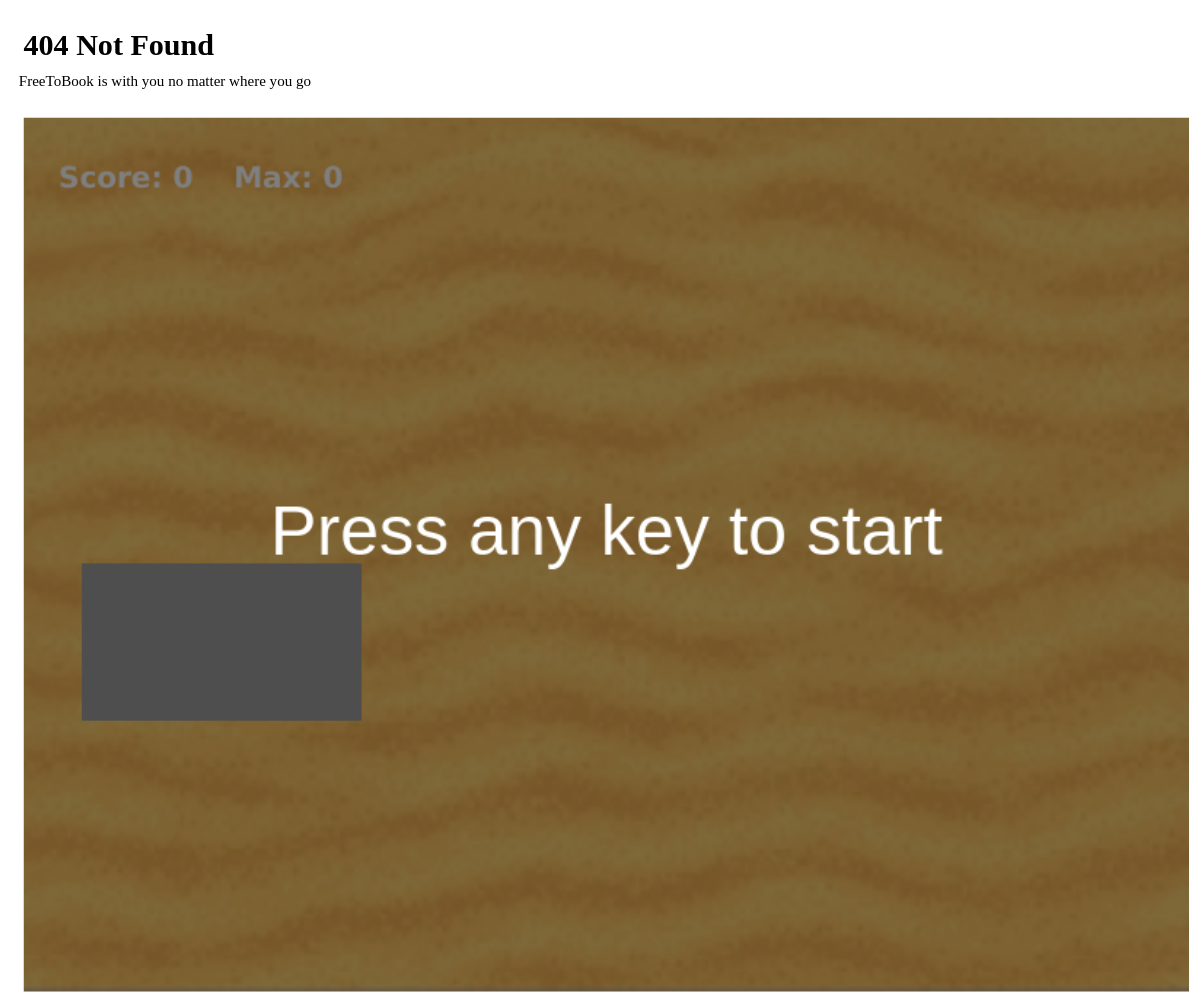
Repository: btgoo/game
Page: car.html
An editor plug-in stored every save of this project. The page is shown before and after the next save, followed by the edit.
The browser window is 1280 px wide. The pictures show the whole page, at 94% of full size.

Above is the page before, as saved 2025-10-26 03:05:48.

### car.html
<!DOCTYPE html>
<script src="carscript.js" defer type="module"></script>
<link rel="stylesheet" href="car_style.css">
<html lang="en">
<head>
    <meta charset="UTF-8">
    <meta http-equiv="X-UA-Compatible" content="IE=edge" />
    <meta name="viewport" content="width=device-width, initial-scale=1.0">
    <title>CarGo</title>
</head>
<body>
    <h1>404 Not Found</h1>
    FreeToBook is with you no matter where you go
    <p id="demo"></p>
    <canvas id="game">
    </canvas>
</body>
 </html>

### carscript.js
const canvas = document.getElementById("game");
const ctx = canvas.getContext("2d");

const GAME_WIDTH = 800;
const GAME_HEIGHT = 600;
const PLAYER_WIDTH = 160;
const PLAYER_HEIGHT = 90;
const CACTI_WIDTH = 78;
const CACTI_Height = 90;

const NUM_LANES = 5;

const obstacleData = [
    {src: "./assets/car_images/cactus_1.png", width:CACTI_WIDTH, height:CACTI_WIDTH},
    {src: "./assets/car_images/cactus_2.png", width:CACTI_WIDTH, height:CACTI_Height},
    {src: "./assets/car_images/cactus_3.png", width:CACTI_WIDTH, height:CACTI_Height},
    {src: "./assets/car_images/cactus_1.png", width:CACTI_WIDTH, height:CACTI_WIDTH},
    {src: "./assets/car_images/cactus_2.png", width:CACTI_WIDTH, height:CACTI_Height},
    {src: "./assets/car_images/cactus_3.png", width:CACTI_WIDTH, height:CACTI_Height},
    {src: "./assets/car_images/tumbleweed.png", width:CACTI_WIDTH, height:CACTI_WIDTH},
    {src: "./assets/car_images/red_car.png", width:PLAYER_WIDTH, height:PLAYER_HEIGHT},
    {src: "./assets/car_images/green_car.png", width:PLAYER_WIDTH, height:PLAYER_HEIGHT},
];

let obstacleImgs = [];
obstacleData.forEach(data => {
    const img = new Image();
    img.src = data.src;
    img.width = data.width;
    img.height = data.height;
    obstacleImgs.push(img);
});

const explosionImg = new Image();
explosionImg.src = "./assets/car_images/explosion_sprite.png";

let explosions = [];

let scaleRatio = null;
let backgroundX = 0;
let gameSpeed = 3;
let speedIncreaseRate = 0.0001;

let gameRunning = false;
let gameOver = false;

let score = 0;
let maxScore = 0;

let car = {
    x: GAME_WIDTH / 24,
    width: PLAYER_WIDTH,
    height: PLAYER_HEIGHT,
    lane: 2,
};

let obstacles = [];
let obstacleTimer = 0;
let obstacleInterval = 80;
let lanes = [];

function setupLanes() {
    const laneHeight = GAME_HEIGHT / NUM_LANES;
    lanes = [];
    for (let i = 0; i < NUM_LANES; i++) {
        lanes.push(laneHeight * i + (laneHeight - car.height) / 2);
    }
    car.y = lanes[car.lane];
}

function getScaleRatio() {
    const screenHeight = Math.min(window.innerHeight, document.documentElement.clientHeight);
    const screenWidth = Math.min(window.innerWidth, document.documentElement.clientWidth);

    if (screenWidth / screenHeight < GAME_WIDTH / GAME_HEIGHT) {
        return screenWidth / GAME_WIDTH;
    } else {
        return screenHeight / GAME_HEIGHT;
    }
}

function setScreen() {
    scaleRatio = getScaleRatio();
    if (GAME_WIDTH * scaleRatio < GAME_WIDTH && GAME_HEIGHT * scaleRatio < GAME_HEIGHT){
        canvas.width = GAME_WIDTH * scaleRatio;
        canvas.height = GAME_HEIGHT * scaleRatio;
        } else {
        canvas.width = GAME_WIDTH;
        canvas.height = GAME_HEIGHT;
    }
  setupLanes();
}

setScreen();
window.addEventListener("resize", () => {
    setScreen();
    drawScene();
});

const backgroundImg = new Image();
backgroundImg.src = "./assets/car_images/background.png";

const carImg = new Image();
carImg.src = "./assets/car_images/blue_car.png";

backgroundImg.onload = requestAnimationFrame(gameLoop);
carImg.onload = () => requestAnimationFrame(gameLoop);

backgroundImg.onload = drawStartScreen;
carImg.onload = drawStartScreen;


function drawStartScreen() {
    drawScene();
    ctx.fillStyle = "rgba(0, 0, 0, 0.5)";
    ctx.fillRect(0, 0, canvas.width, canvas.height);

    ctx.fillStyle = "white";
    ctx.font = `${40 * scaleRatio}px Arial`;
    ctx.textAlign = "center";
    ctx.fillText("Press any key to start", canvas.width / 2, canvas.height / 2);
}

function drawScene() {
    ctx.clearRect(0, 0, canvas.width, canvas.height);

    const bgWidth = canvas.width;
    const bgHeight = canvas.height;
    let bgX = -backgroundX * scaleRatio;

    ctx.drawImage(backgroundImg, bgX, 0, bgWidth, bgHeight);
    ctx.drawImage(backgroundImg, bgX + bgWidth, 0, bgWidth, bgHeight);

    ctx.fillStyle = "white";
    ctx.font = `bold ${20}px Verdana`;
    ctx.textAlign = "left";
    ctx.fillText(`Score: ${score}    Max: ${maxScore}`, 20 * scaleRatio, 40 * scaleRatio);

    if (backgroundX * scaleRatio >= bgWidth) backgroundX = 0;

    obstacles.forEach((ob) => {
        ctx.drawImage(
        ob.img,
        ob.x * scaleRatio,
        ob.y * scaleRatio,
        ob.width * scaleRatio,
        ob.height * scaleRatio
        );
    });

    if (!gameOver) {
        ctx.drawImage(
            carImg,
            car.x * scaleRatio,
            car.y * scaleRatio,
            car.width * scaleRatio,
            car.height * scaleRatio
        );
    }
    explosions.forEach((ex, i) => {
        const frameWidth = explosionImg.width / ex.maxFrames;
        const frameHeight = explosionImg.height;

        ctx.drawImage(
            explosionImg,
            frameWidth * ex.frame,
            0,
            frameWidth,
            frameHeight,
            ex.x * scaleRatio,
            ex.y * scaleRatio,
            ex.width * scaleRatio,
            ex.height * scaleRatio
        );

        ex.tick++;
        if (ex.tick % ex.frameSpeed === 0) {
            ex.frame++;
        }
        if (ex.frame >= ex.maxFrames) {
            explosions.splice(i, 1);
        }
    });
    if (gameOver) {
        ctx.fillStyle = "rgba(0, 0, 0, 0.6)";
        ctx.fillRect(0, 0, canvas.width, canvas.height);
        ctx.fillStyle = "white";
        ctx.font = `${60 * scaleRatio}px Arial Black`;
        ctx.textAlign = "center";
        ctx.fillText("GAME OVER", canvas.width / 2, canvas.height / 2);
        ctx.font = `${30 * scaleRatio}px Arial`;
        ctx.fillText("Press any key to restart", canvas.width / 2, canvas.height / 2 + 60 * scaleRatio);
    }
}

function gameLoop() {
    if (gameRunning && !gameOver) {
        backgroundX += gameSpeed;

        obstacleTimer++;
        if (obstacleTimer > obstacleInterval) {
            spawnObstacle();
            obstacleTimer = 0;
            obstacleInterval = 100 + Math.random() * 10;
        }

        obstacles.forEach((ob) => {
            ob.x -= gameSpeed;

            if (!ob.counted && ob.x + ob.width < car.x) {
                score++;
                ob.counted = true;

                if (score > maxScore) {
                    maxScore = score;
                }
            }
        });

        obstacles = obstacles.filter((ob) => ob.x + ob.width > 0);

        checkCollisions();

        gameSpeed += speedIncreaseRate;

        drawScene();
    }
    requestAnimationFrame(gameLoop);
}
requestAnimationFrame(gameLoop);

function checkCollisions() {
    obstacles.forEach((ob, index) => {
      const carLeft = car.x;
      const carRight = car.x + car.width;
      const carTop = car.y;
      const carBottom = car.y + car.height;

      const obLeft = ob.x;
      const obRight = ob.x + ob.width-10;
      const obTop = ob.y;
      const obBottom = ob.y + ob.height;

      const horizontalOverlap = carLeft < obRight && carRight > obLeft;
      const verticalOverlap = carTop < obBottom && carBottom > obTop;

      if (horizontalOverlap && verticalOverlap) {
        spawnExplosion(car.x, car.y, car.width, car.height);
        setTimeout(setGameOver, 100);
      }
    });
}

function setGameOver(){
    gameRunning = false;
    gameOver = true
    drawScene();
}

function spawnObstacle() {
    const lane = Math.floor(Math.random() * NUM_LANES);
    const imgIndex = Math.floor(Math.random() * obstacleImgs.length);
    const chosenImg = obstacleImgs[imgIndex];

    const newObstacle = {
        x: GAME_WIDTH + 50,
        y: lanes[lane],
        width: chosenImg.width,
        height: chosenImg.height,
        lane: lane,
        img: chosenImg
    };
    obstacles.push(newObstacle);
}

function spawnExplosion(x, y, width, height) {
    explosions.push({
        x: x,
        y: y,
        width: width,
        height: height,
        frame: 0,
        maxFrames: 15,
        frameSpeed: 3,
        tick: 0
    });
}

window.addEventListener("keydown", (e) => {
    if (!gameRunning && !gameOver) {
      // start
      gameRunning = true;
        obstacles = [];
        explosions = [];
        backgroundX = 0;
        gameSpeed = 3;
        score = 0;
        drawScene();
    } else if (gameOver) {
      // restart
        gameOver = false;
        gameRunning = true;
        backgroundX = 0;
        obstacles = [];
        explosions = [];
        gameSpeed = 3;
        score = 0;
    } else {
      // move car if running
      if (e.key === "ArrowUp" && car.lane > 0) {
        car.lane--;
      } else if (e.key === "ArrowDown" && car.lane < NUM_LANES - 1) {
        car.lane++;
      }
      car.y = lanes[car.lane];
    }
});

### car_style.css
* {
    padding: 5px;
    padding-top: 10px;
    padding-bottom: 10px;
    margin: 0px;
}
body{
    padding-left: 15px;
    display:flex;
    flex-direction: column;
    height: 90vh;

    /* user-select: none;
    touch-action: none;
    -webkit-touch-callout: none;
    -webkit-user-select: none;
    -khtml-user-select: none;
    -moz-user-select: none;
    -ms-user-select: none;
    user-select: none;
    outline: none;
    -webkit-tap-highlight-color: rgba(255, 255, 255, 0); */
}

After the next save:
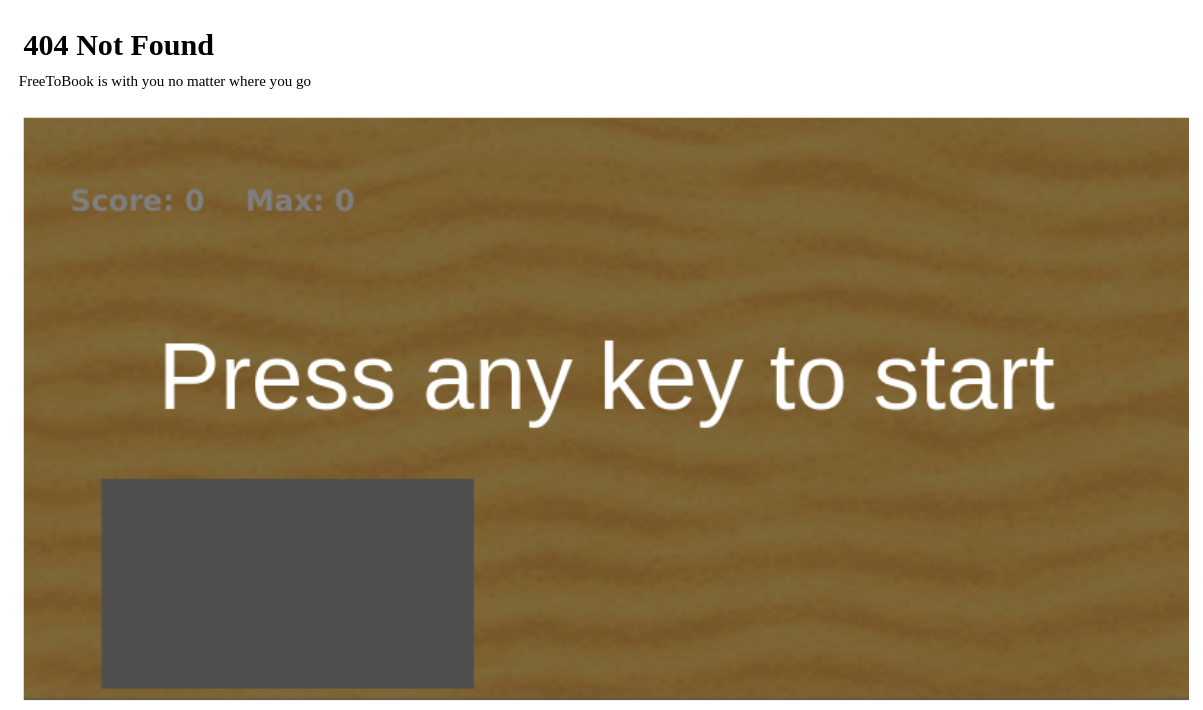
Saved 7 s later.
--- a/carscript.js
+++ b/carscript.js
@@ -2,7 +2,7 @@ const canvas = document.getElementById("game");
 const ctx = canvas.getContext("2d");
 
 const GAME_WIDTH = 800;
-const GAME_HEIGHT = 600;
+const GAME_HEIGHT = 400;
 const PLAYER_WIDTH = 160;
 const PLAYER_HEIGHT = 90;
 const CACTI_WIDTH = 78;
